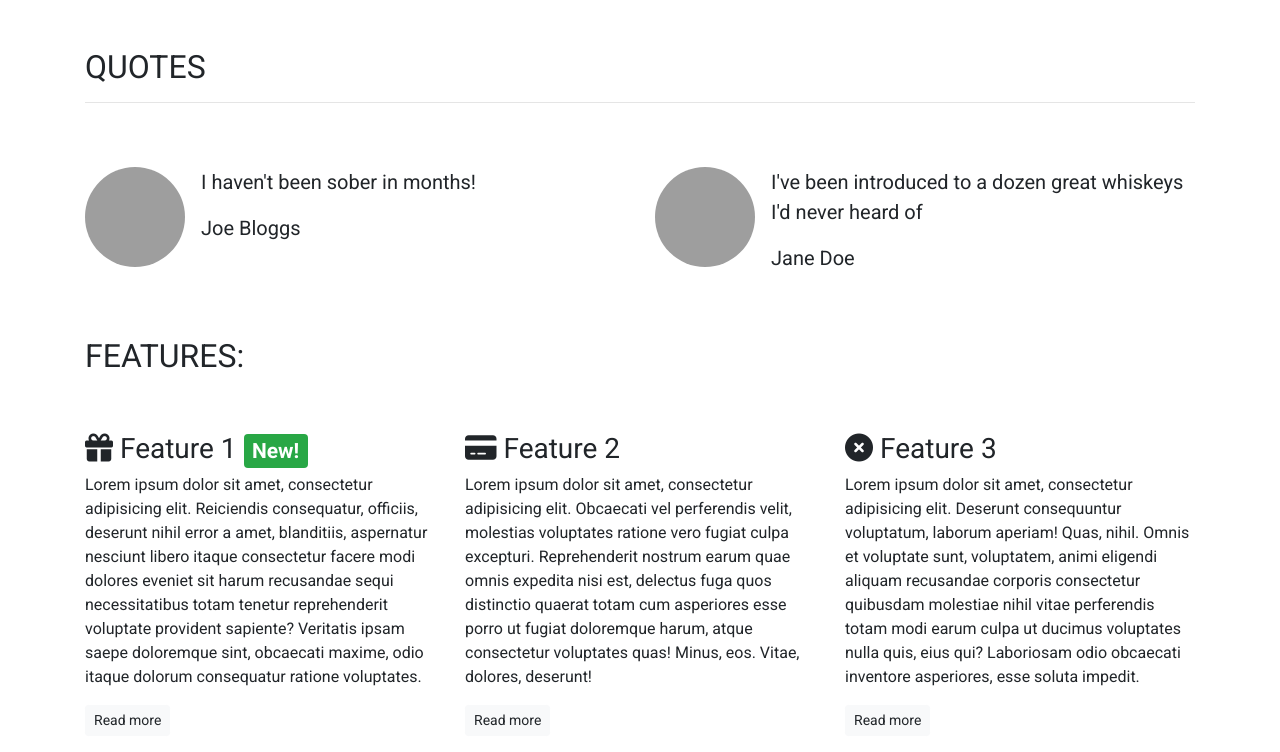
Repository: Matt-F90/Intro-to-bootstrap
Page: index.html
The author's editor kept a record of every edit. The page is drawn from the files as they stood at one moment, then again after the next edit.
The browser window is 1280 px wide. The pictures show the part of the page from y = 720 to 1496 px (the page is 1472 px tall before and 1496 px after).
Pictures or frames that could not be fetched are drawn as grey boxes. Backgrounds fixed to the window are drawn as part of the page. Some web libraries are served in a nearby version.

Above is the page before.
Console error: TypeError: Cannot read properties of undefined (reading 'fn')

After the next edit:
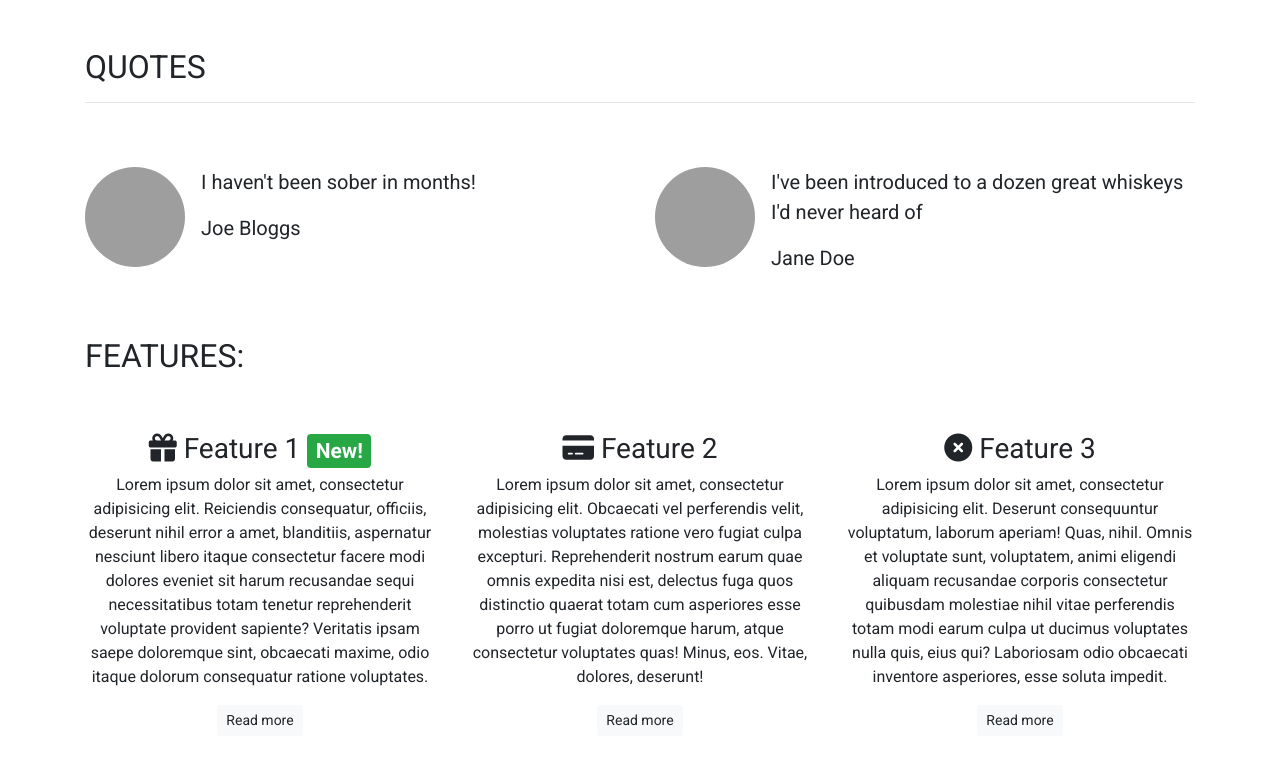
The edit:
--- a/css/style.css
+++ b/css/style.css
@@ -146,3 +146,8 @@
   border-color:#960a0a;
   color: antiquewhite;
 }
+
+.feature {
+  text-align: center;
+  margin-bottom: 40px
+}
